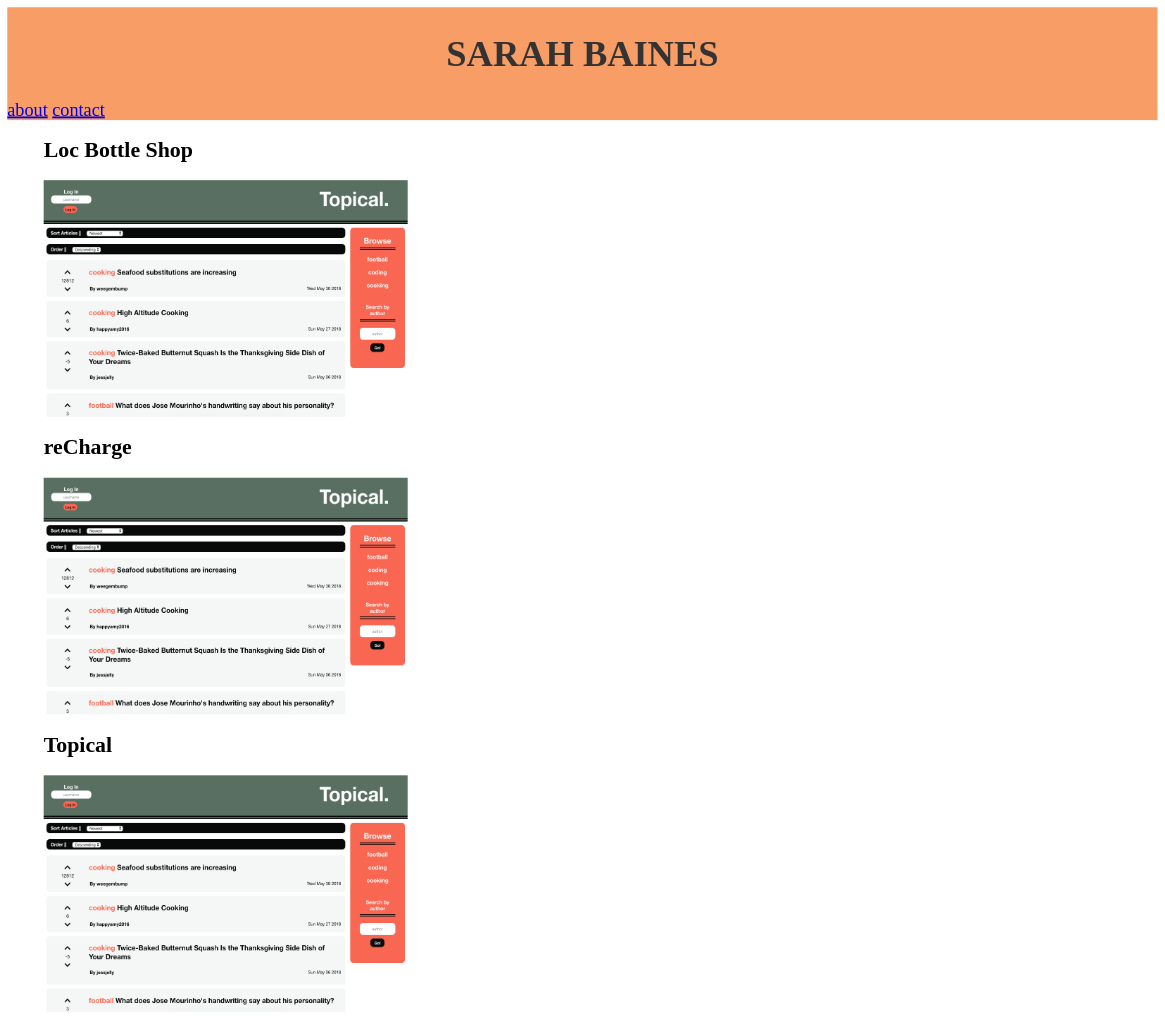
Repository: bainesface/bainesface.github.io
Page: index.html
An editor plug-in stored every save of this project. The page is shown before and after the next save, followed by the edit.
The browser window is 1280 px wide. The pictures show the whole page, at 91% of full size.

Above is the page before, as saved 2020-04-27 14:27:27.

### index.html
<!DOCTYPE html>
<html lang="en">
  <head>
    <meta charset="UTF-8" />
    <meta name="viewport" content="width=device-width, initial-scale=1.0" />
    <meta http-equiv="X-UA-Compatible" content="ie=edge" />
    <link rel="stylesheet" href="index.css" />
    <title>My Portfolio Site</title>
  </head>
  <body class="body">
    <header class="header">
    <a href="index.html"></a>
      <h1 class="title">
        <center>SARAH BAINES</center>
      </h1>
    </a>
    <nav class="menu">
      <a href="about.html">about</a>
      <!-- <a href="web.html">web</a>
      <a href="app.html">app</a> -->
      <a href="contact.html">contact</a>
    </nav></header>
    <section class='main'>
      <ul class='projects-list'>
        <li><h2>Loc Bottle Shop</h2>
        <p class="portfolio-image"><img src="./img/topical-fe.png" height=260px width=400px/></p></li>
        <li><h2>reCharge</h2>
        <p class="portfolio-image"><img src="./img/topical-fe.png" height=260px width=400px /></p></li>
        <li><h2>Topical</h2>
        <p class="portfolio-image"><img src="./img/topical-fe.png" height=260px width=400px /></p></li>
      </ul>
    </section>
  </body>
</html>

### index.css
.body {
  display: grid;
}

.title {
  font-size: 30pt;
  color: #333333;
  font-family: 'PT Sans';
}

.menu {
  font-size: 15pt;
  font-family: 'PT Sans';
  text-decoration: none;
}

.paragraph {
  font-size: 15pt;
  font-family: 'PT Sans';
}

.portfolio-image {
  height: 260px;
  width: 400px;
}

.header {
  background-color: #f79d65;
  margin: 0;
  width: 100%;
}

.projects-list {
  list-style: none;
}

After the next save:
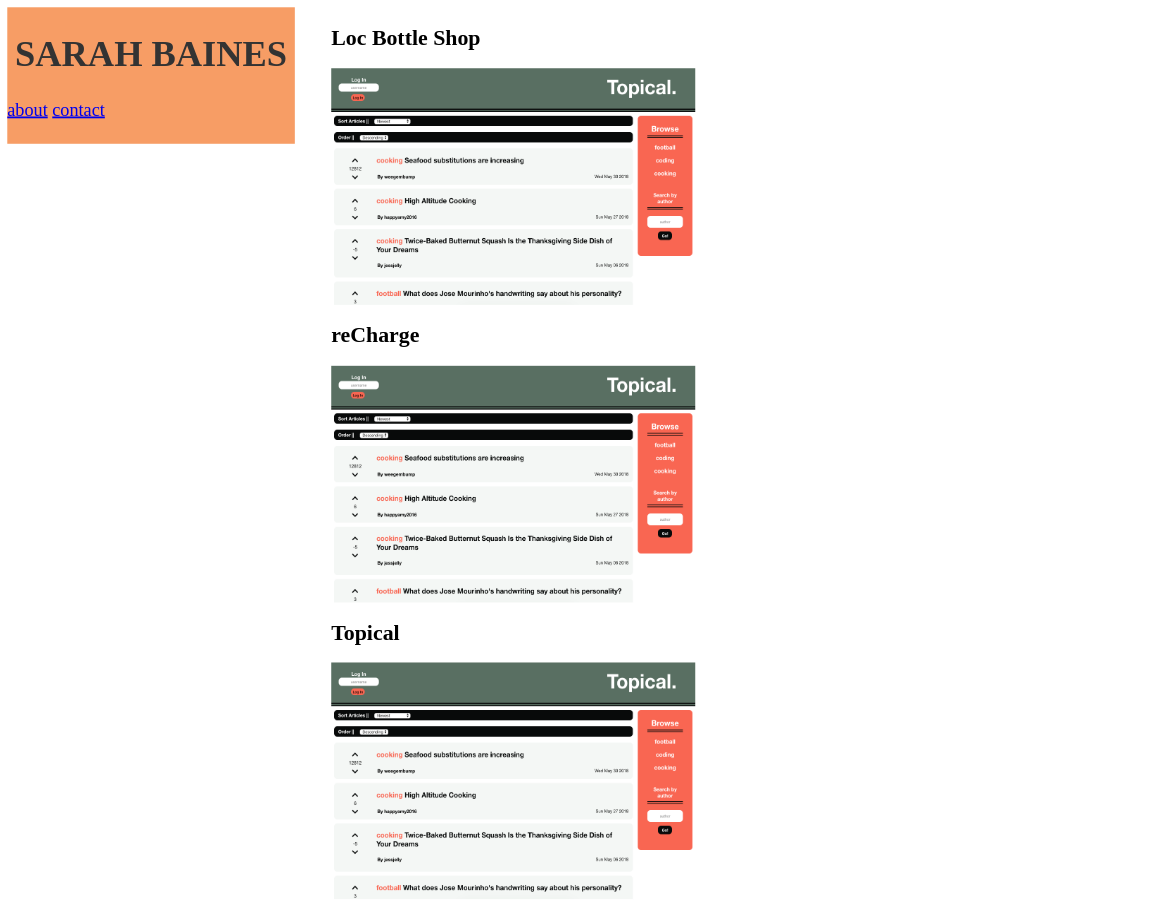
Saved 2 min 37 s later.
--- a/index.css
+++ b/index.css
@@ -1,5 +1,7 @@
 .body {
   display: grid;
+  grid-template-columns: 25% 25% 25% 25%;
+  grid-template-rows: 150px auto;
 }
 
 .title {
